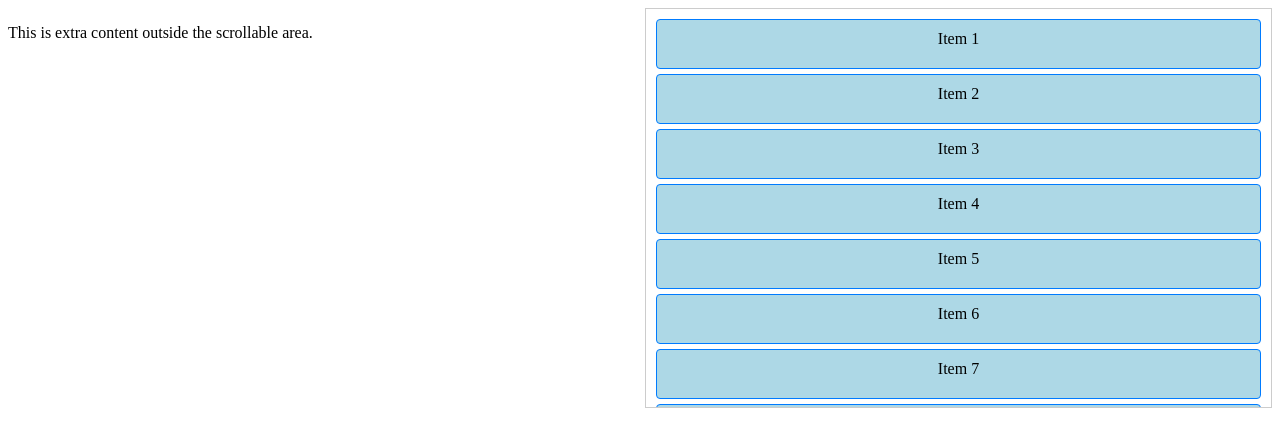
Repository: notgudmewhathuh12122334354556/GroceryInventory
Page: grid.html
The author's editor kept a copy of each file at every save. The page is drawn from the files as they stood at one save, then again after the next save.
The browser window is 1280 px wide. The pictures show the whole page.
An inner scrolling area shows only its first screen.

Above is the page before, as saved 2024-11-19 22:44:10.

### grid.html
<!DOCTYPE html>
<html lang="en">
<head>
  <meta charset="UTF-8">
  <meta name="viewport" content="width=device-width, initial-scale=1.0">
  <title>Scrollable Grid Inside Div</title>
  <style>
    /* Outer Container */
    .container {
      display: grid;
      grid-template-columns: 1fr 1fr; /* Two-column layout */
      gap: 10px;
      height: 400px; /* Set height for demonstration */
    }

    /* Scrollable Div */
    .scrollable {
      overflow-y: auto; /* Enables vertical scrolling */
      max-height: 100%; /* Restrict height */
      padding: 10px;
      border: 1px solid #ccc;
    }

    /* Grid Inside Scrollable Div */
    .scrollable-grid {
      display: grid;
      grid-template-columns: 1fr; /* Three columns */
      grid-auto-rows: minmax(50px, auto); /* Dynamic rows */
      gap: 5px;
    }

    /* Grid Items */
    .grid-item {
      background-color: lightblue;
      text-align: center;
      padding: 10px;
      border: 1px solid #007BFF;
      border-radius: 4px;
    }
  </style>
</head>
<body>
  <div class="container">
    <!-- Sidebar or Extra Content -->
    <div class="extra-content">
      <p>This is extra content outside the scrollable area.</p>
    </div>

    <!-- Scrollable Grid Container -->
    <div class="scrollable">
      <div class="scrollable-grid">
        <div class="grid-item">Item 1</div>
        <div class="grid-item">Item 2</div>
        <div class="grid-item">Item 3</div>
        <div class="grid-item">Item 4</div>
        <div class="grid-item">Item 5</div>
        <div class="grid-item">Item 6</div>
        <div class="grid-item">Item 7</div>
        <div class="grid-item">Item 8</div>
        <div class="grid-item">Item 9</div>
        <div class="grid-item">Item 10</div>
        <div class="grid-item">Item 11</div>
        <div class="grid-item">Item 12</div>
      </div>
    </div>
  </div>
</body>
</html>

After the next save:
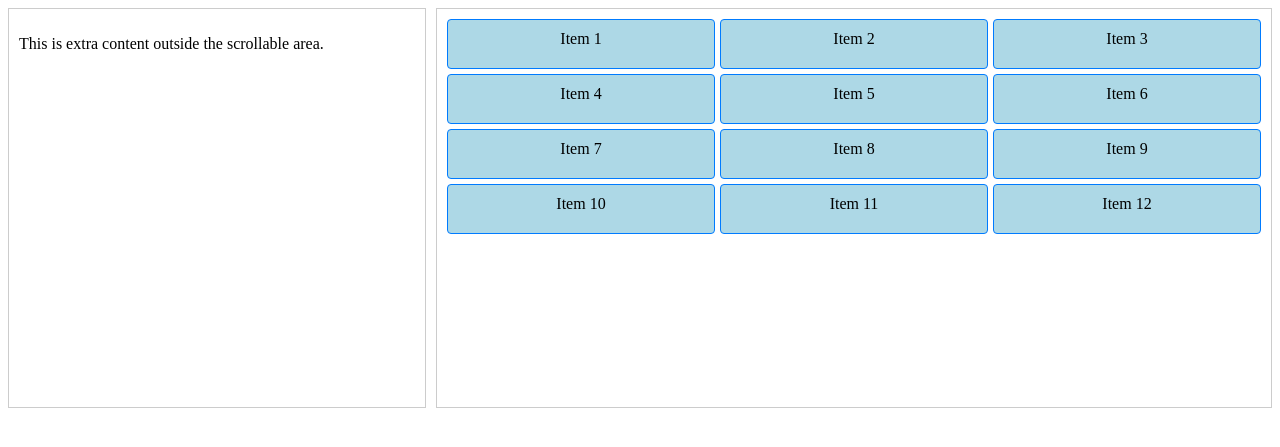
Saved 4 min 4 s later.
--- a/grid.html
+++ b/grid.html
@@ -4,63 +4,34 @@
   <meta charset="UTF-8">
   <meta name="viewport" content="width=device-width, initial-scale=1.0">
   <title>Scrollable Grid Inside Div</title>
-  <style>
-    /* Outer Container */
-    .container {
-      display: grid;
-      grid-template-columns: 1fr 1fr; /* Two-column layout */
-      gap: 10px;
-      height: 400px; /* Set height for demonstration */
-    }
-
-    /* Scrollable Div */
-    .scrollable {
-      overflow-y: auto; /* Enables vertical scrolling */
-      max-height: 100%; /* Restrict height */
-      padding: 10px;
-      border: 1px solid #ccc;
-    }
-
-    /* Grid Inside Scrollable Div */
-    .scrollable-grid {
-      display: grid;
-      grid-template-columns: 1fr; /* Three columns */
-      grid-auto-rows: minmax(50px, auto); /* Dynamic rows */
-      gap: 5px;
-    }
-
-    /* Grid Items */
-    .grid-item {
-      background-color: lightblue;
-      text-align: center;
-      padding: 10px;
-      border: 1px solid #007BFF;
-      border-radius: 4px;
-    }
-  </style>
 </head>
 <body>
-  <div class="container">
+  <div style="display: grid; grid-template-columns: 1fr 2fr; gap: 10px; height: 400px;">
     <!-- Sidebar or Extra Content -->
-    <div class="extra-content">
+    <div style="padding: 10px; border: 1px solid #ccc;">
       <p>This is extra content outside the scrollable area.</p>
     </div>
 
     <!-- Scrollable Grid Container -->
-    <div class="scrollable">
-      <div class="scrollable-grid">
-        <div class="grid-item">Item 1</div>
-        <div class="grid-item">Item 2</div>
-        <div class="grid-item">Item 3</div>
-        <div class="grid-item">Item 4</div>
-        <div class="grid-item">Item 5</div>
-        <div class="grid-item">Item 6</div>
-        <div class="grid-item">Item 7</div>
-        <div class="grid-item">Item 8</div>
-        <div class="grid-item">Item 9</div>
-        <div class="grid-item">Item 10</div>
-        <div class="grid-item">Item 11</div>
-        <div class="grid-item">Item 12</div>
+    <div style="overflow-y: auto; max-height: 100%; padding: 10px; border: 1px solid #ccc;">
+      <div style="
+        display: grid;
+        grid-template-columns: repeat(3, 1fr);
+        grid-auto-rows: minmax(50px, auto);
+        gap: 5px;
+      ">
+        <div style="background-color: lightblue; text-align: center; padding: 10px; border: 1px solid #007BFF; border-radius: 4px;">Item 1</div>
+        <div style="background-color: lightblue; text-align: center; padding: 10px; border: 1px solid #007BFF; border-radius: 4px;">Item 2</div>
+        <div style="background-color: lightblue; text-align: center; padding: 10px; border: 1px solid #007BFF; border-radius: 4px;">Item 3</div>
+        <div style="background-color: lightblue; text-align: center; padding: 10px; border: 1px solid #007BFF; border-radius: 4px;">Item 4</div>
+        <div style="background-color: lightblue; text-align: center; padding: 10px; border: 1px solid #007BFF; border-radius: 4px;">Item 5</div>
+        <div style="background-color: lightblue; text-align: center; padding: 10px; border: 1px solid #007BFF; border-radius: 4px;">Item 6</div>
+        <div style="background-color: lightblue; text-align: center; padding: 10px; border: 1px solid #007BFF; border-radius: 4px;">Item 7</div>
+        <div style="background-color: lightblue; text-align: center; padding: 10px; border: 1px solid #007BFF; border-radius: 4px;">Item 8</div>
+        <div style="background-color: lightblue; text-align: center; padding: 10px; border: 1px solid #007BFF; border-radius: 4px;">Item 9</div>
+        <div style="background-color: lightblue; text-align: center; padding: 10px; border: 1px solid #007BFF; border-radius: 4px;">Item 10</div>
+        <div style="background-color: lightblue; text-align: center; padding: 10px; border: 1px solid #007BFF; border-radius: 4px;">Item 11</div>
+        <div style="background-color: lightblue; text-align: center; padding: 10px; border: 1px solid #007BFF; border-radius: 4px;">Item 12</div>
       </div>
     </div>
   </div>
